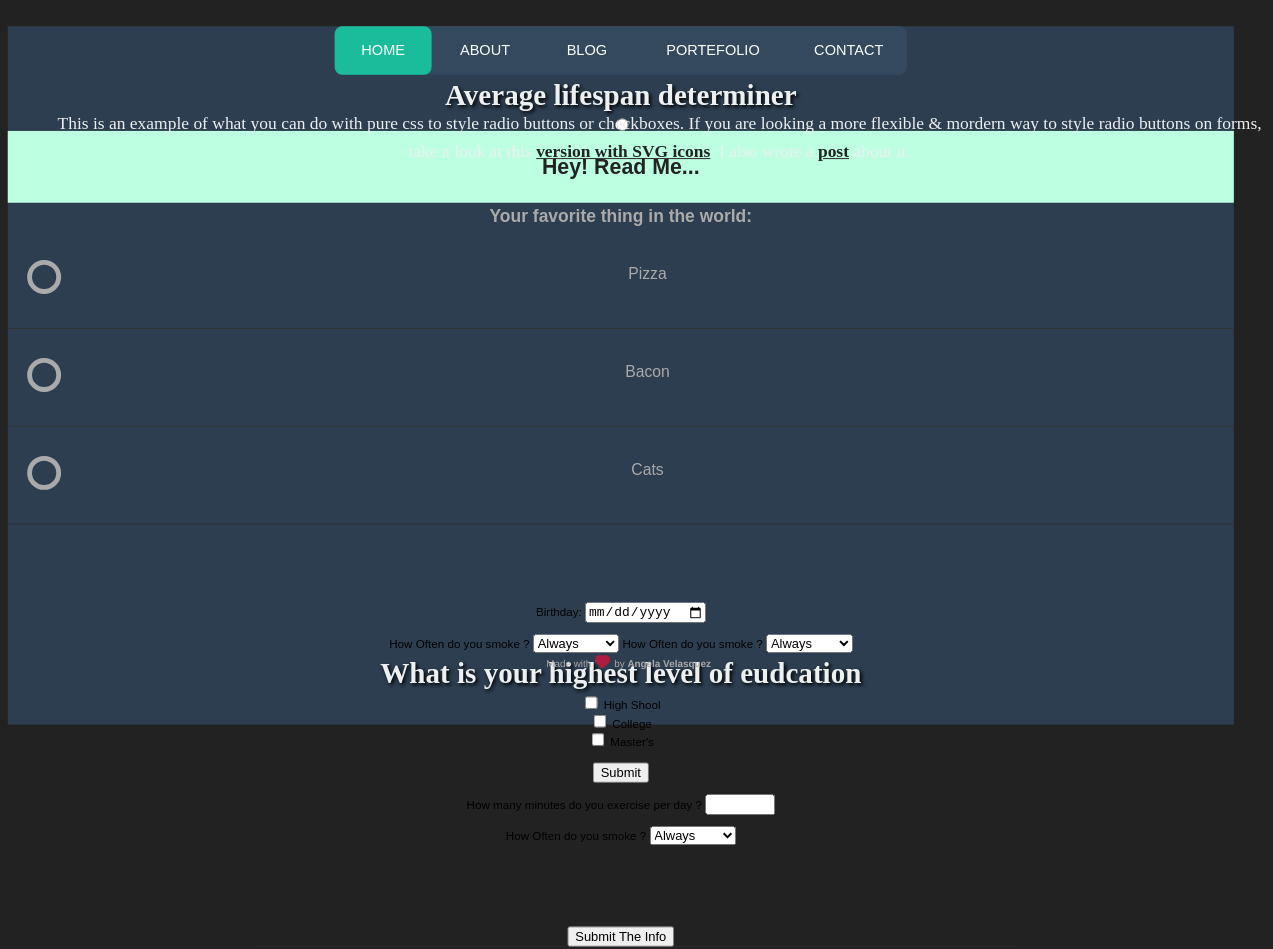
Repository: navid-amini12/capstone-1
Page: wordgame.html
An editor plug-in stored every save of this project. The page is shown before and after the next save, followed by the edit.
The browser window is 1280 px wide. The page is 1312 px wide, then 1280 px, so the pictures cover 1312 px, including what lies to the right of the window. The pictures show the whole page, at 97% of full size.

Above is the page before, as saved 2022-06-01 12:32:09.

After the next save:
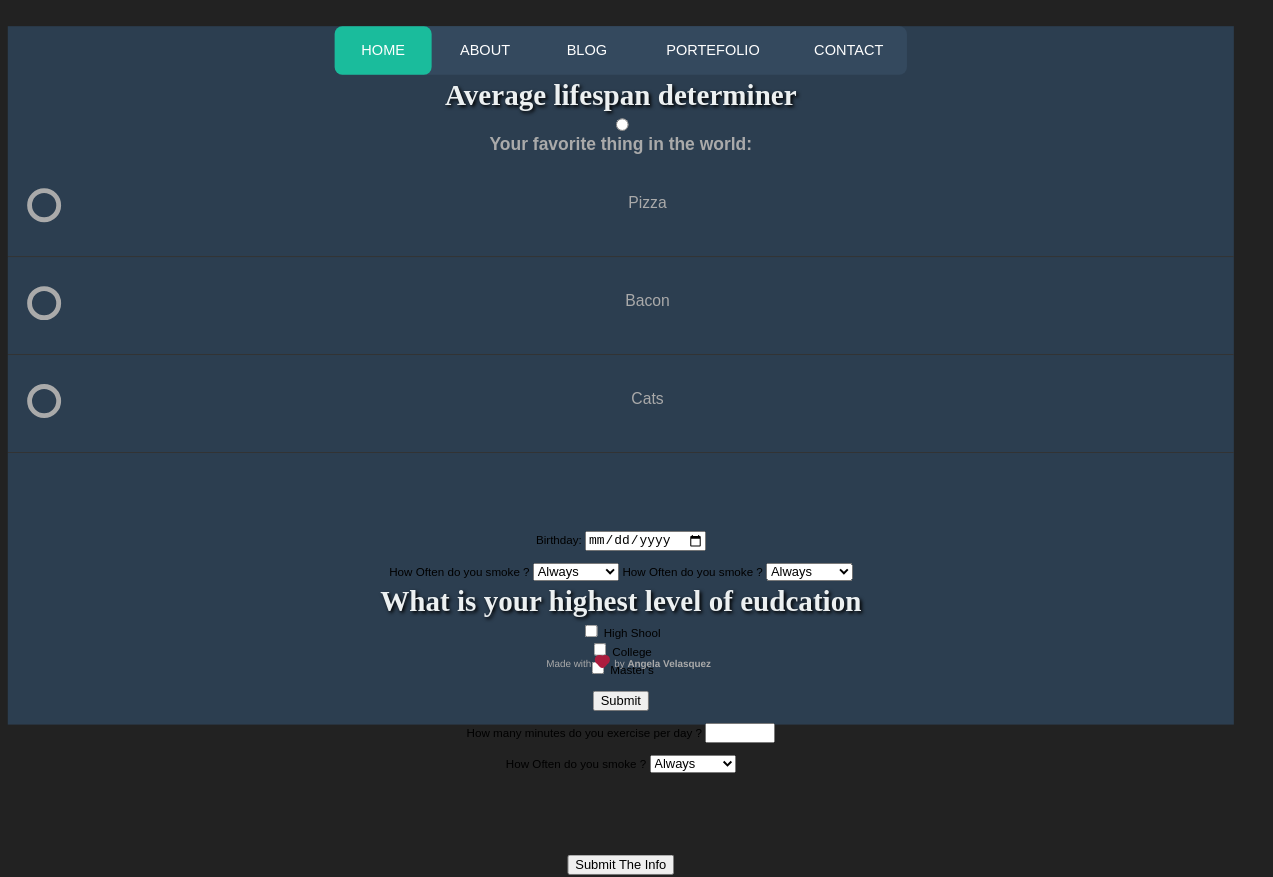
Saved 37 s later.
--- a/wordgame.html
+++ b/wordgame.html
@@ -29,10 +29,7 @@
 
 
       <div class = "container90">  <input type="radio" id="f-option" name="selector">
-        <div class="alert">
-          <h2>Hey! Read Me...</h2>
-          <p>This is an example of what you can do with pure css to style radio buttons or checkboxes. If you are looking a more flexible & mordern way to style radio buttons on forms, take a look at this <a target="_blank"  href="https://codepen.io/AngelaVelasquez/details/BWXbxP" title="SVG radio buttons">version with SVG icons</a>. I also wrote a <a target="_blank" href="https://codepen.io/AngelaVelasquez/post/css-styling-radio-button">post</a> about it.</p>
-        </div>
+
 
         <div class="container">
 
